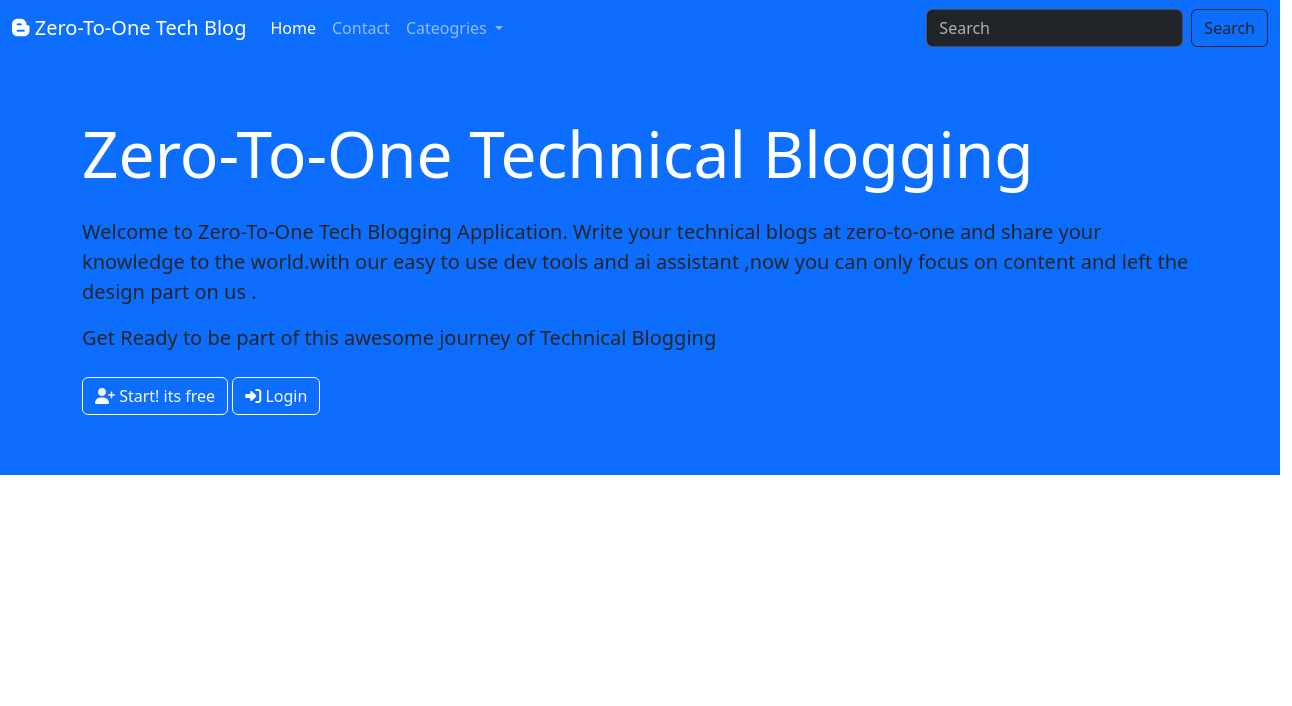
Repository: Gaurav560/PROJECT-ZeroToOne-TechBlog
Page: http://localhost/ZeroToOne/
The author's editor kept a copy of each file at every save. The page is drawn from the files as they stood at one save, then again after the next save.
The browser window is 1280 px wide. The page is 1280 px wide, then 1292 px, so the pictures cover 1292 px, including what lies to the right of the window. The pictures show the whole page.
Some web libraries are served in a nearby version. The page is served by Tomcat 9.

Above is the page before, as saved 2023-04-29 07:47:22.

After the next save:
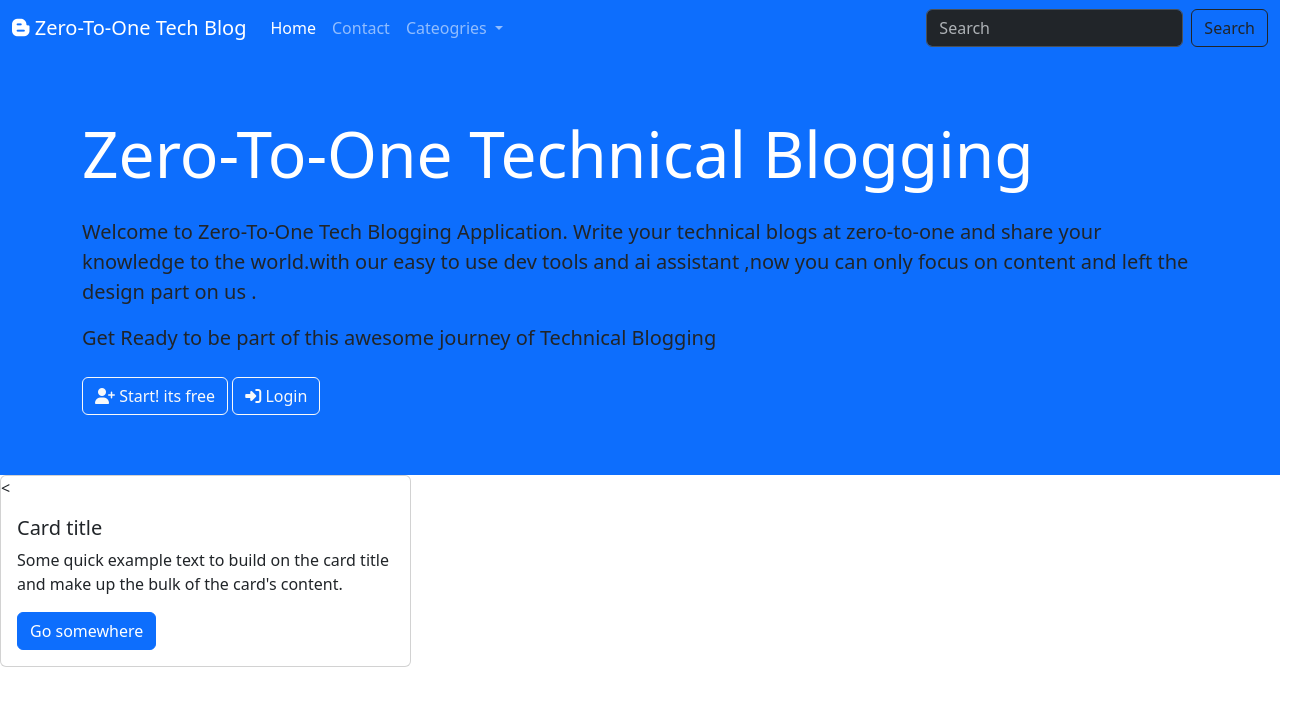
Saved 20 s later.
--- a/ZeroToOne/src/main/webapp/index.jsp
+++ b/ZeroToOne/src/main/webapp/index.jsp
@@ -54,7 +54,14 @@
 <div class="col-md-4">
 
 
-
+<div class="card">
+  <
+  <div class="card-body">
+    <h5 class="card-title">Card title</h5>
+    <p class="card-text">Some quick example text to build on the card title and make up the bulk of the card's content.</p>
+    <a href="#" class="btn btn-primary">Go somewhere</a>
+  </div>
+</div>
 </div>
 
 </div>
